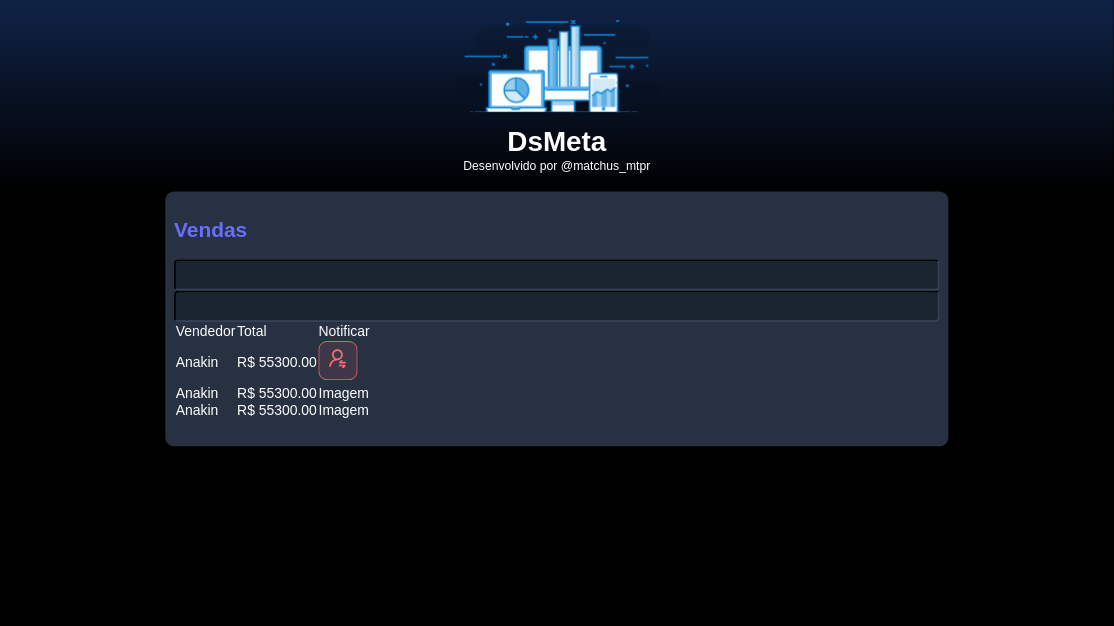
Repository: MatheusAlvesPereiraRosa/ds-meta
Page: index.html
The author's editor kept a copy of each file at every save. The page is drawn from the files as they stood at one save, then again after the next save.
The browser window is 1280 px wide. The pictures show the whole page, at 87% of full size.

Above is the page before, as saved 2022-09-01 11:59:02.

### index.html
<!DOCTYPE html>
<html lang="en">
  <head>
    <meta charset="UTF-8" />
    <meta http-equiv="X-UA-Compatible" content="IE=edge" />
    <meta name="viewport" content="width=device-width, initial-scale=1.0" />
    <title>Document</title>

    <link rel="stylesheet" href="styles.css" />
  </head>

  <body>
    <header>
      <div class="dsmeta-logo-container">
        <img src="logo.svg" alt="Logo" />
        <h1>DsMeta</h1>
        <p>
          Desenvolvido por
          <a href="https://www.instagram.com/matchus_mtpr">@matchus_mtpr</a>
        </p>
      </div>
    </header>

    <main>
      <section id="sales">
        <div class="dsmeta-container">
          <div class="dsmeta-card">
            <h2 class="dsmeta-sales-title">Vendas</h2>
            <div>
              <div>
                <input class="dsmeta-form-control" type="text" />
              </div>
              <div>
                <input class="dsmeta-form-control" type="text" />
              </div>
            </div>

            <div>
              <table>
                <thead>
                  <tr>
                    <td>Vendedor</td>
                    <td>Total</td>
                    <td>Notificar</td>
                  </tr>
                </thead>
                <tbody>
                  <tr>
                    <td>Anakin</td>
                    <td>R$ 55300.00</td>
                    <td><img src="icon.svg" alt="Notificar" /></td>
                  </tr>
                  <tr>
                    <td>Anakin</td>
                    <td>R$ 55300.00</td>
                    <td>Imagem</td>
                  </tr>
                  <tr>
                    <td>Anakin</td>
                    <td>R$ 55300.00</td>
                    <td>Imagem</td>
                  </tr>
                </tbody>
              </table>
            </div>
          </div>
        </div>
      </section>
    </main>
  </body>
</html>

### styles.css
@import url('https://fonts.googleapis.com/css2?family=Roboto:wght@300&display=swap');

* {
    font-family: 'Rotobto', sans-serif;
    box-sizing: border-box;
    margin: 0;
    padding: 0;
}

header {
    background: linear-gradient(180deg, #102347 0%, transparent);
    height: 220px;
    display: flex;
    align-items: center;
    justify-content: center;
}

body, html {
    background-color: black;
    color: #fff;
}

a, a:hover, a:visited {
    color: unset;
    text-decoration: none;
}

.dsmeta-logo-container {
    display: flex;
    flex-direction: column;
    align-items: center;
}

.dsmeta-logo-container img{
    width: 235px;
}

.dsmeta-logo-container h1{
    margin-top: 15px;
}

.dsmeta-logo-container p{
    font-size: 14px;
    font-weight: 300;
}

.dsmeta-card {
    background-color: #283142;
    border-radius: 10px;
    padding: 30px 10px;
}

.dsmeta-container {
    width: 100%;
    max-width: 900px;
    margin: 0 auto;
}

#id {
    padding: 40px 10px;
}

.dsmeta-sales-title {
    color: #676FFF;
    font-size: 24px;
    margin-bottom: 20px;
}

.dsmeta-form-control {
    height: 36px;
    background-color: #1B2531;
    width: 100%;
    border-radius: 5px;
    border-color: #384459;
    color: #9AAABE;
    padding: 15px 20px;
    font-size: 18px;
}

After the next save:
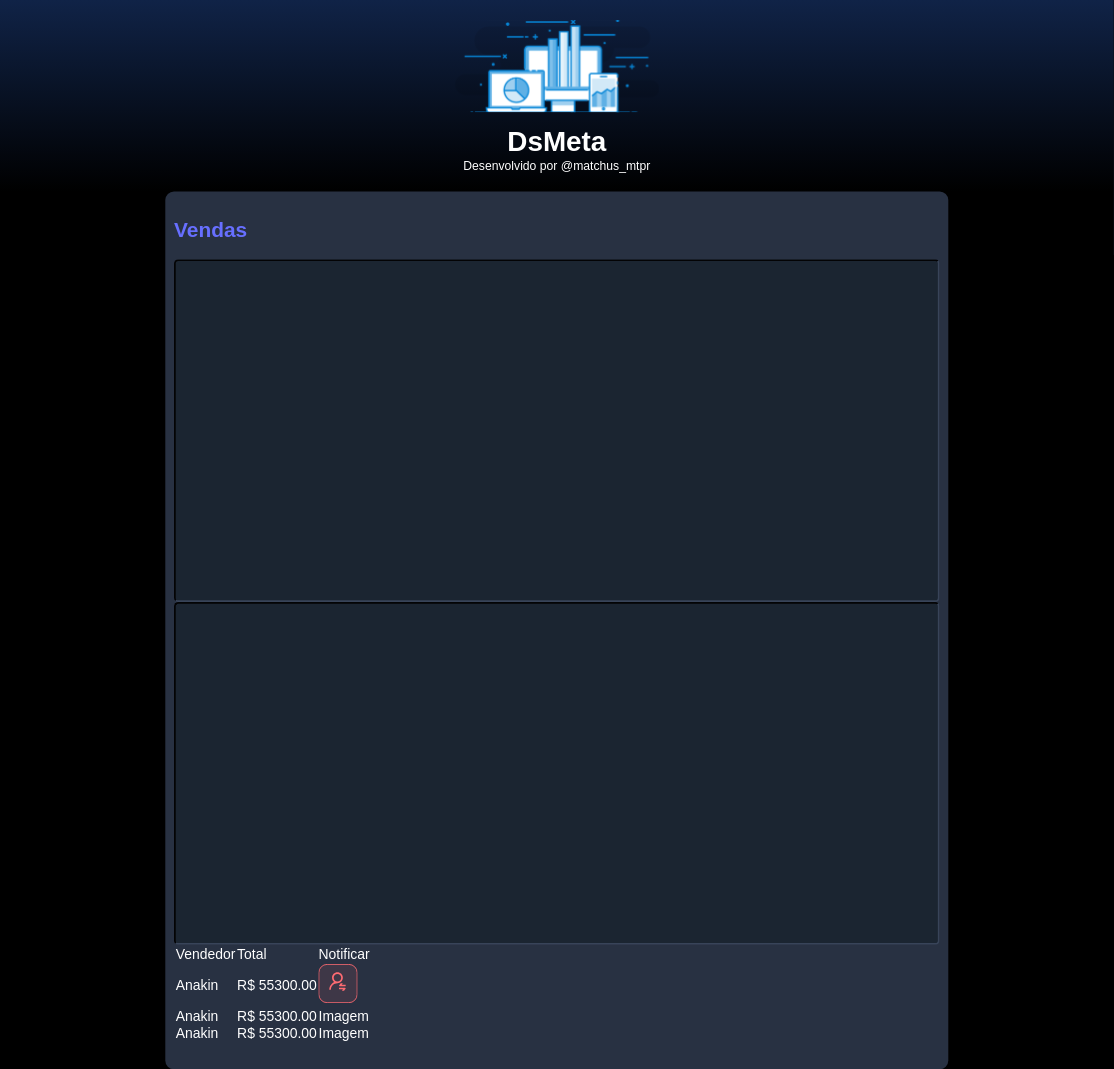
Saved 4 s later.
--- a/styles.css
+++ b/styles.css
@@ -73,6 +73,6 @@ a, a:hover, a:visited {
     border-radius: 5px;
     border-color: #384459;
     color: #9AAABE;
-    padding: 15px 20px;
+    padding: 195px 20px;
     font-size: 18px;
 }
